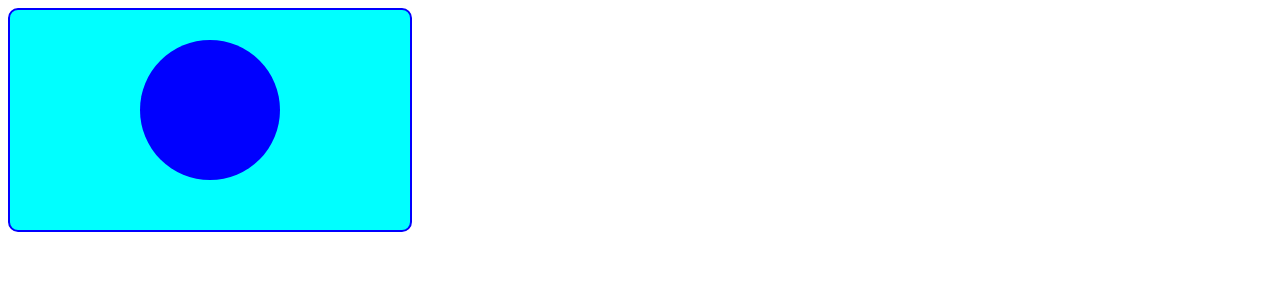
Repository: Tan-Khang21/TH_TKW--Buoi_05
Page: Bai_Tap_Ve_Nha/Bai_01/canvas10.html
The author's editor kept a copy of each file at every save. The page is drawn from the files as they stood at one save, then again after a run of saves.
The browser window is 1280 px wide. The pictures show the whole page.

Above is the page before, as saved 2024-03-10 21:30:41.

### Bai_Tap_Ve_Nha/Bai_01/canvas10.html
<!DOCTYPE html>
<html lang="en">
  <head>
    <meta charset="UTF-8" />
    <meta name="viewport" content="width=device-width, initial-scale=1.0" />
    <title>Document</title>
  </head>
  <body>
    <canvas
      id="myCanvas"
      style="
        border: 2px solid blue;
        background-color: aqua;
        border-radius: 10px;
      "
      width="400px"
      height="220px"
    ></canvas>
    <script>
      var canvas = document.getElementById("myCanvas"),
        ctx = canvas.getContext("2d");
      ctx.beginPath();
      ctx.arc(200, 100, 70, 0, 2 * Math.PI);

      ctx.fillStyle = "blue";
      ctx.fill();
    </script>
  </body>
</html>

After the next 2 saves:
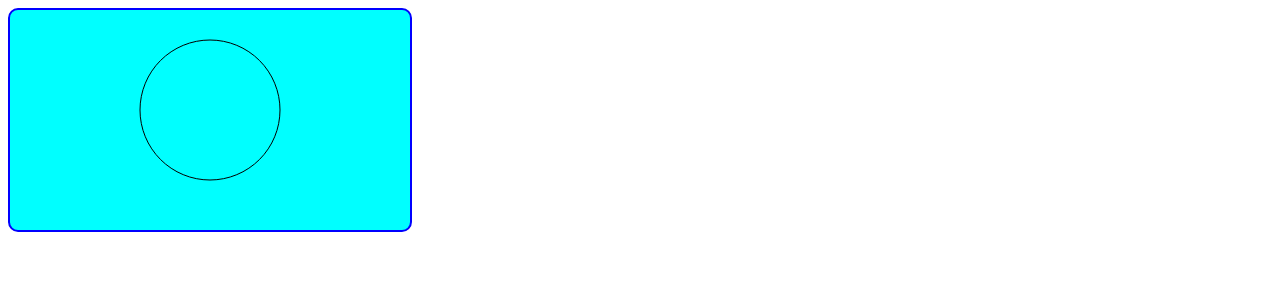
The 2 saves are shown as one change because they came seconds apart.
The last was saved 70 s later.
--- a/Bai_Tap_Ve_Nha/Bai_01/canvas10.html
+++ b/Bai_Tap_Ve_Nha/Bai_01/canvas10.html
@@ -21,9 +21,8 @@
         ctx = canvas.getContext("2d");
       ctx.beginPath();
       ctx.arc(200, 100, 70, 0, 2 * Math.PI);
-
-      ctx.fillStyle = "blue";
-      ctx.fill();
+      ctx.Strokestyle = "blue";
+      ctx.stroke();
     </script>
   </body>
 </html>
